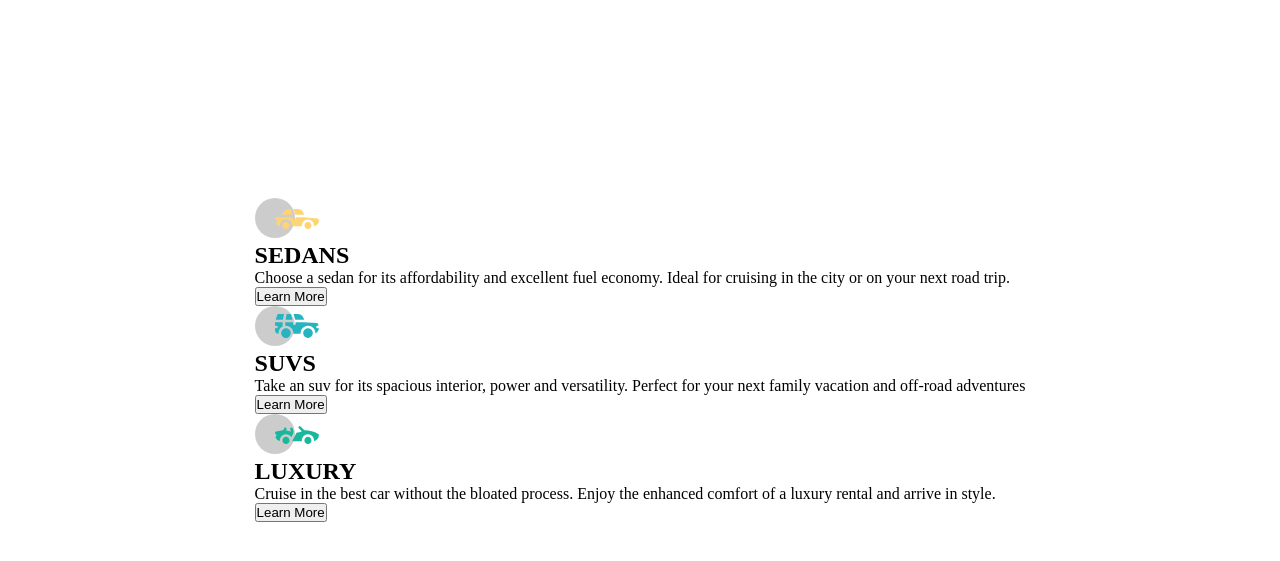
Repository: UnegbuAbigail/3-columns-cards
Page: index.html
The author's editor kept a copy of each file at every save. The page is drawn from the files as they stood at one save, then again after the next save.
The browser window is 1280 px wide. The pictures show the whole page.

Above is the page before, as saved 2024-08-03 12:46:18.

After the next save:
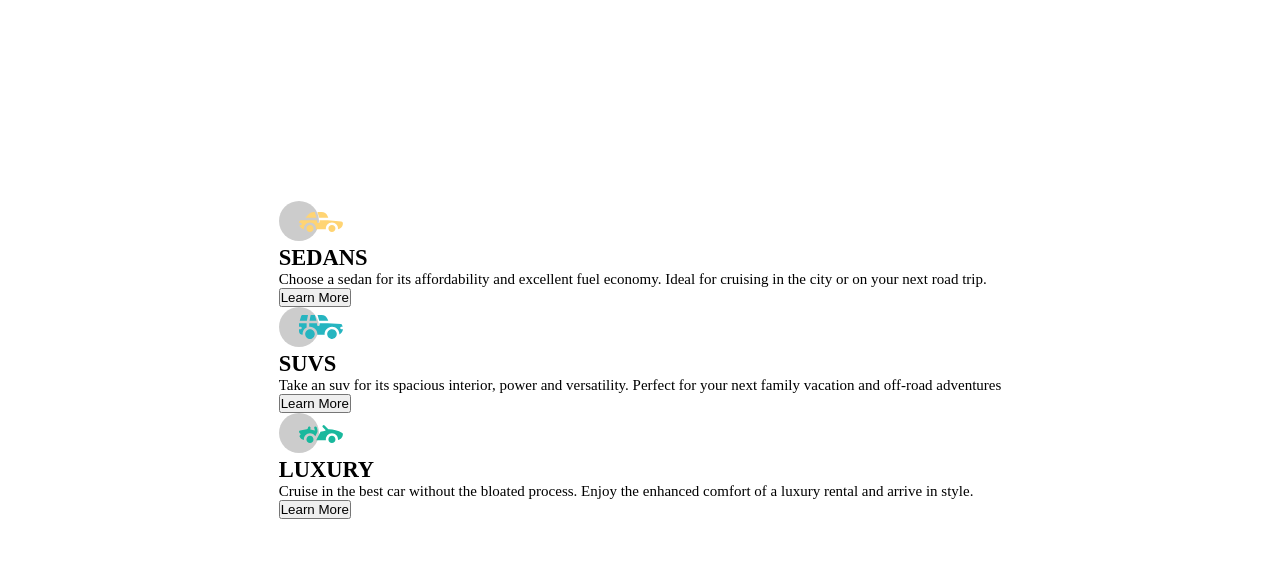
Saved 5 s later.
--- a/style.css
+++ b/style.css
@@ -27,5 +27,5 @@ html,body{
 }
 
 body{
-    font-size: ;
+    font-size: 15px;
 }
